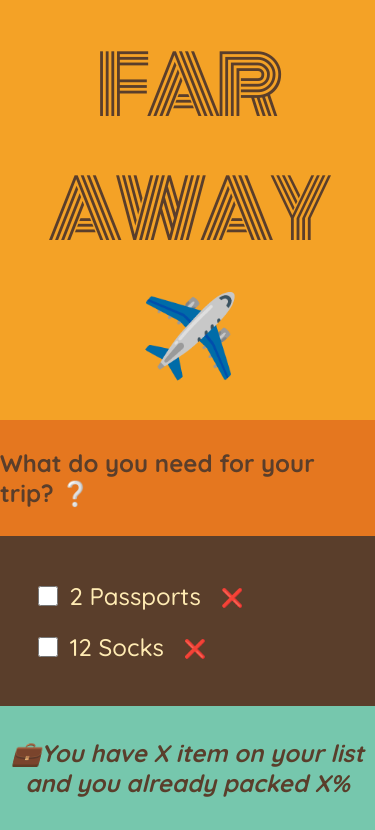
Repository: vgor15/Far-Away
Page: /
These files come from the project's save history. The page is drawn as it stood at one moment and after a run of saves; the edit follows.
The browser window is 375 px wide. The pictures show the whole page.
The project was rebuilt for these pictures with package versions that can differ from the ones it lists, and the page was loaded fresh each time.

Above is the page before, as saved 2025-03-08 12:21:45.

After the next 2 saves:
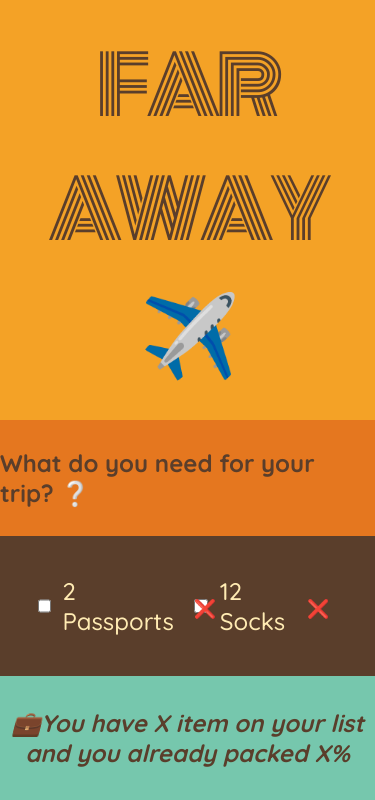
The 2 saves are shown as one change because they came seconds apart.
The last was saved 30 s later.
--- a/src/index.css
+++ b/src/index.css
@@ -134,3 +134,15 @@
   padding: 3.2rem 0;
   /* margin-bottom: 0; */
 }
+
+@media (max-width: 768px) {
+  .list ul {
+    grid-template-columns: repeat(auto-fit, minmax(180px, 1fr));
+  }
+}
+
+@media (max-width: 480px) {
+  .list ul {
+    grid-template-columns: repeat(auto-fit, minmax(120px, 1fr));
+  }
+}
